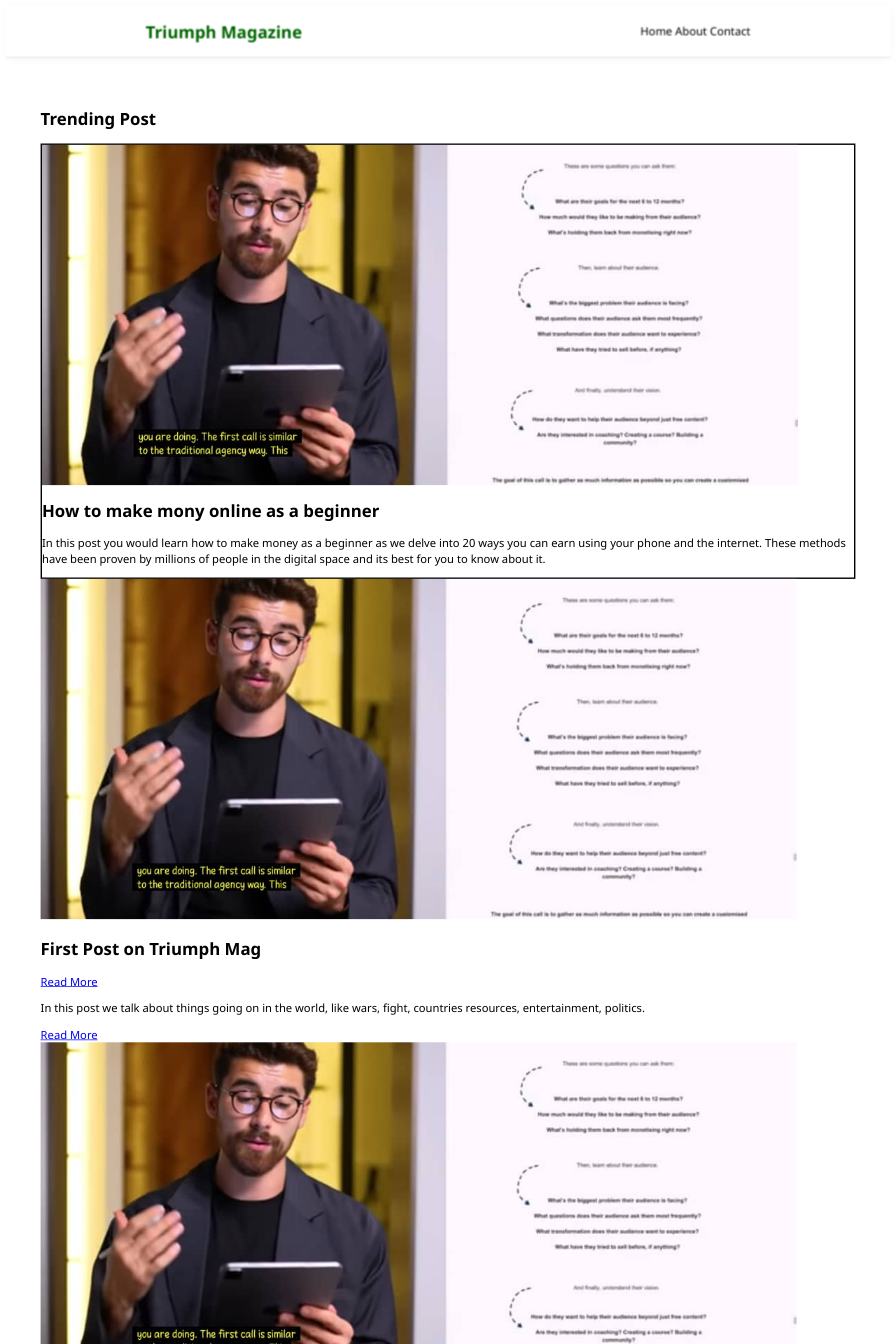
Repository: zikcolle/Triumph-Blog
Page: index.html
The author's editor kept a copy of each file at every save. The page is drawn from the files as they stood at one save, then again after the next save.
The browser window is 1280 px wide. The pictures show the part of the page from y = 0 to 1920 px (the page is 5419 px tall before and 5417 px after), at 70% of full size.

Above is the page before, as saved 2026-06-21 14:25:43.

After the next save:
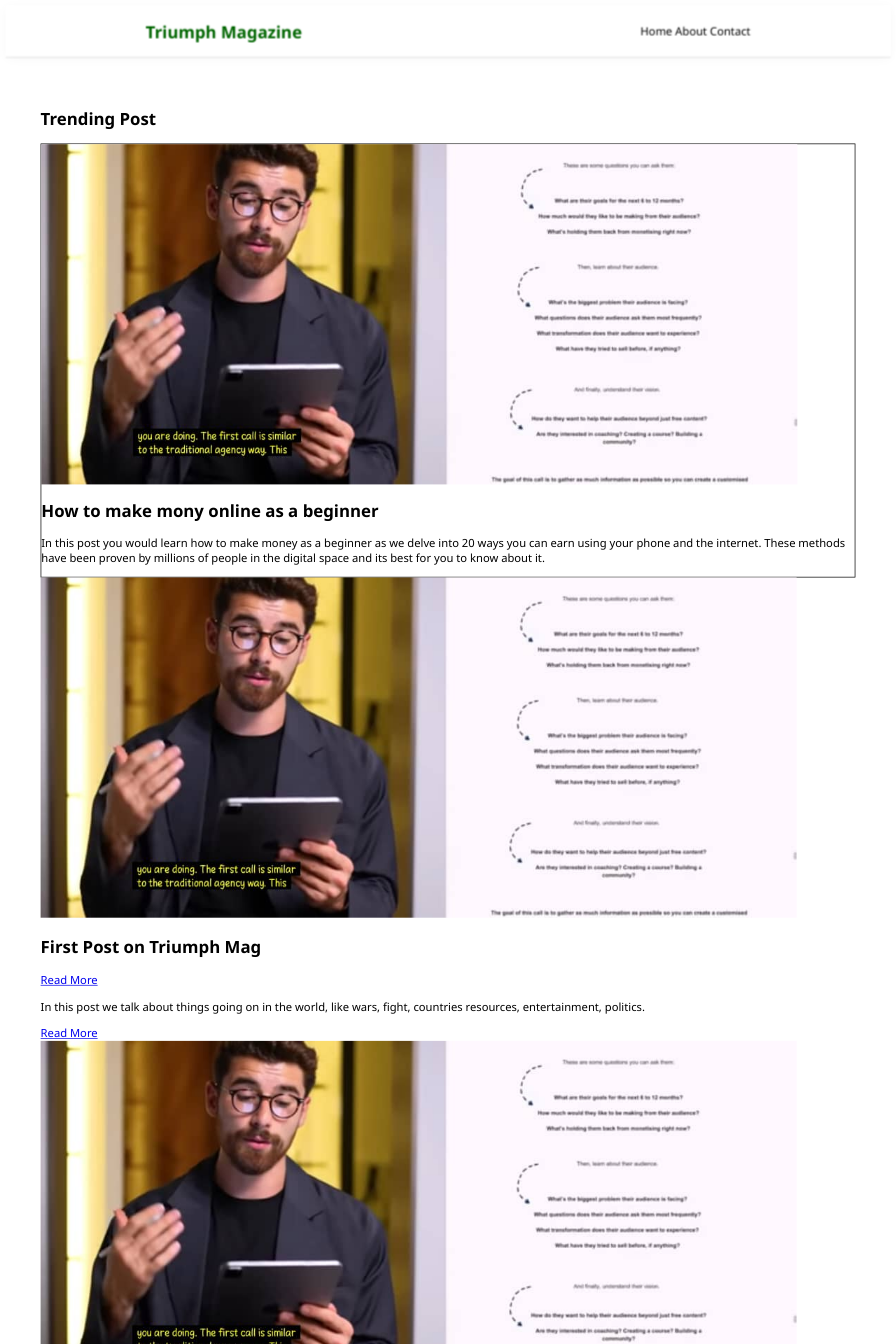
Saved 24 s later.
--- a/styles.css
+++ b/styles.css
@@ -35,7 +35,7 @@ main {
 
 .feat-post {
     background-color: rgb(255, 255, 255);
-    border: 2px solid rgb(0, 0, 0);
+    border: 1px solid rgb(0, 0, 0);
     max-width: 100%;
 }
 
